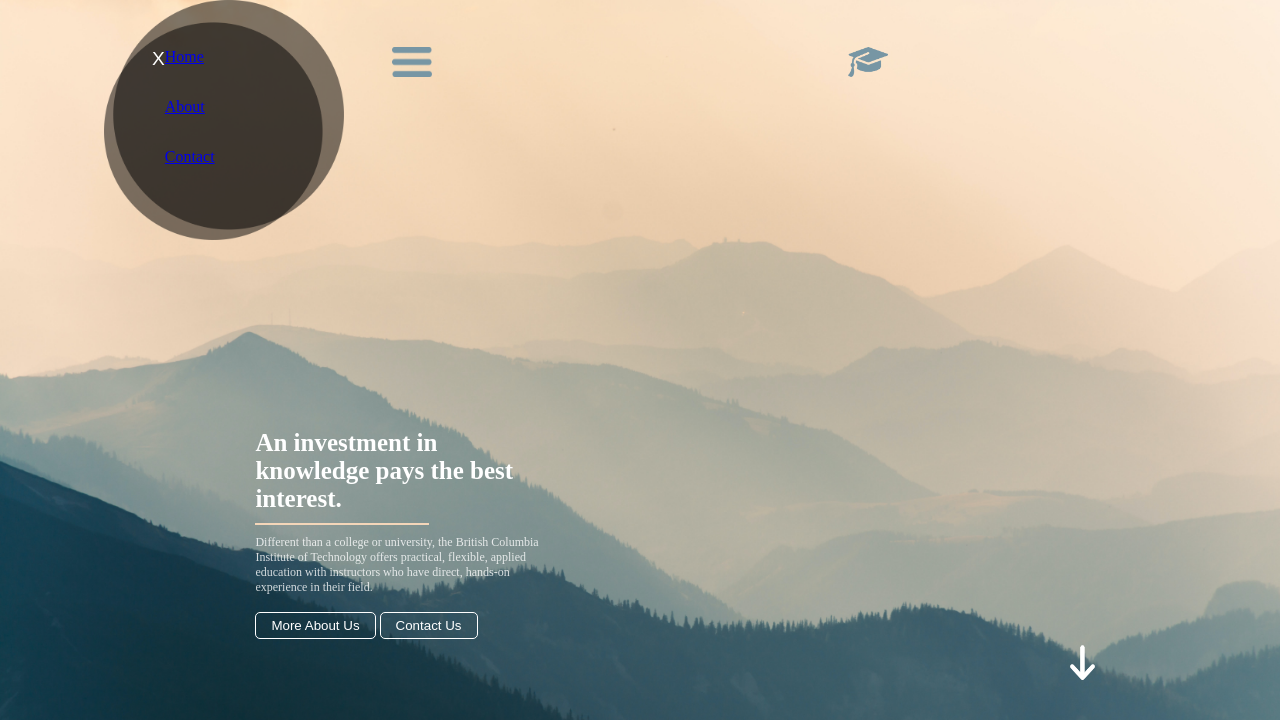
Repository: Sheraliramzan/Aly_A01253508_Assignment1
Page: /
These files come from the project's save history. The page is drawn as it stood at one moment and after the next save; the edit follows.
The browser window is 1280 px wide. The pictures show the whole page.
The project was rebuilt for these pictures with package versions that can differ from the ones it lists, and the page was loaded fresh each time. The framework's server and built-in components were replaced by stand-ins that run in the browser. Also part of the build but not shown: next.config.js.

Above is the page before, as saved 2023-02-04 17:45:42.

After the next save:
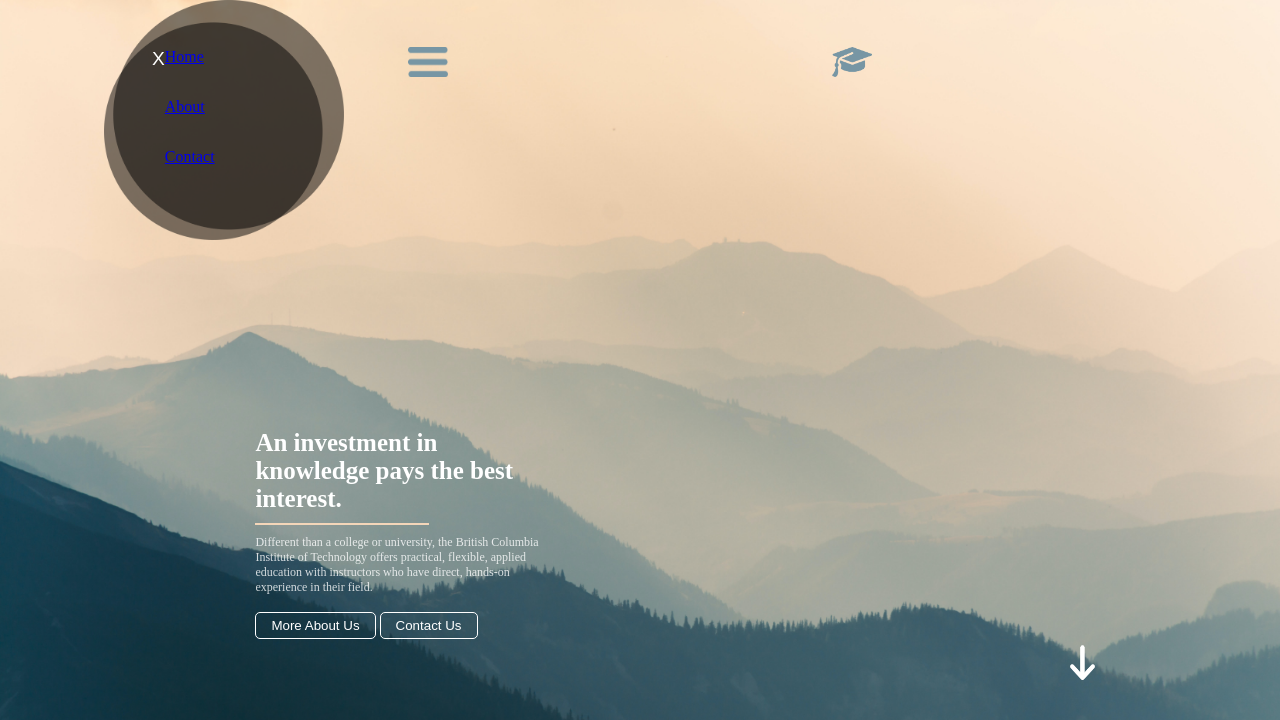
Saved 6 s later.
--- a/styles/globals.css
+++ b/styles/globals.css
@@ -20,7 +20,7 @@ body {
   display: flex;
   align-items: center;
   justify-content: space-between;
-  padding: 2rem 1rem;
+  padding: 2rem ;
 }
 .menucont{
   position: absolute;
